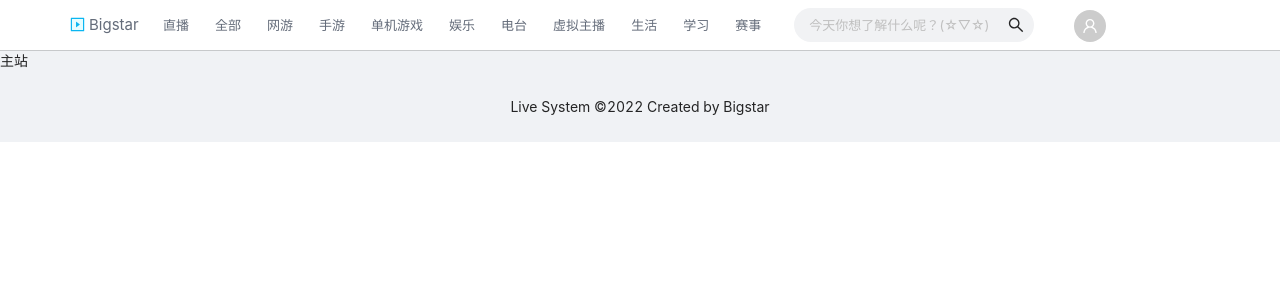
Repository: Bigstar-hyx/webrtc-react
Page: /
These files come from the project's save history. The page is drawn as it stood at one moment and after the next save; the edit follows.
The browser window is 1280 px wide. The pictures show the whole page.
The project was rebuilt for these pictures with package versions that can differ from the ones it lists, and the page was loaded fresh each time. Also part of the build but not shown: craco.config.js, webpack.config.js, src/pages/live/Index.css, src/pages/live/component/Content/Video/video.css, src/pages/live/component/Content/Video/Video.js, src/pages/live/component/Content/Comments/comments.css, src/pages/live/component/Content/Comments/TalkSend.js, src/pages/live/component/Content/Comments/Talk.js and 6 more.

Above is the page before, as saved 2022-01-30 18:41:51.

### src/index.js
import * as React from 'react'
import * as ReactDOM from 'react-dom'
import { BrowserRouter } from 'react-router-dom'
import App from './App.js'

ReactDOM.render(
  <BrowserRouter>
    <App />
  </BrowserRouter>,
  document.getElementById('root')
)

### src/App.js
import * as React from 'react'
import { Routes, Route } from 'react-router-dom'

import LiveIndex from './pages/live/Index'
import HomeIndex from './pages/home/Index'
import ViewerIndex from './pages/viewer/Index'
import TopIndex from './top/Index'

import { Layout } from 'antd'

const { Header, Footer, Content } = Layout

function App() {
  return (
    <>
      <Layout>
        <Header>
          <TopIndex />
        </Header>
        <Content>
          <Routes>
            <Route path="/" element={<HomeIndex />} />
            <Route path="live" element={<LiveIndex />} />
            <Route path="viewer" element={<ViewerIndex />} />
          </Routes>
        </Content>
        <Footer style={{ textAlign: 'center' }}>Live System ©2022 Created by Bigstar</Footer>
      </Layout>
    </>
  )
}

export default App

### src/pages/home/Index.js
import React, { Component } from 'react'

export class HomeIndex extends Component {
  render() {
    return <div>主站</div>
  }
}

export default HomeIndex

### src/top/Index.js
import { Avatar } from 'antd'
import { PlaySquareTwoTone, UserOutlined } from '@ant-design/icons'

import TopMenu from './component/TopMenu'
import TopSearch from './component/TopSearch'

import './index.css'

function TopIndex() {
  return (
    <>
      <div className="logo">
        <PlaySquareTwoTone twoToneColor="#0BB6F1" />
        &nbsp;Bigstar
      </div>
      <TopMenu />
      <TopSearch />
      <div className="avatar">
        <Avatar size={32} icon={<UserOutlined />} />
      </div>
    </>
  )
}

export default TopIndex

### src/top/component/TopMenu.js
import './top-menu.css'

function TopMenu() {
  return (
    <div>
      <ul>
        <li>
          <a href="">直播</a>
        </li>
        <li>
          <a href="">全部</a>
        </li>
        <li>
          <a href="">网游</a>
        </li>
        <li>
          <a href="">手游</a>
        </li>
        <li>
          <a href="">单机游戏</a>
        </li>
        <li>
          <a href="">娱乐</a>
        </li>
        <li>
          <a href="">电台</a>
        </li>
        <li>
          <a href="">虚拟主播</a>
        </li>
        <li>
          <a href="">生活</a>
        </li>
        <li>
          <a href="">学习</a>
        </li>
        <li>
          <a href="">赛事</a>
        </li>
      </ul>
    </div>
  )
}

export default TopMenu

### src/top/component/TopSearch.js
import { Input } from 'antd'
import { SearchOutlined } from '@ant-design/icons'

import './top-search.css'

function TopSearch() {
  return (
    <div>
      <Input className="search" size="large" placeholder="今天你想了解什么呢？(☆▽☆)" suffix={<SearchOutlined />} />
    </div>
  )
}

export default TopSearch

### src/top/index.css
.ant-layout-header {
  height: 50px;
  padding: 0 50px;
  box-shadow: 0px 0px 1px #000;
  color: rgba(0, 0, 0, 0.85);
  line-height: 50px;
  background: #fff;
}
.logo {
  float: left;
  padding: 0px 0px 0px 20px;
  width: 100px;
  color: #646c7a;
  font-size: 15px;
}
.avatar {
  float: left;
  margin: 0 30px;
  width: 32px;
  height: 32px;
}

### src/pages/live/component/Content/Comments/Comments.js
import React, { useState } from 'react'
import { Card } from 'antd'
import './comments.css'
import Talk from './Talk'
import SList from './SList'

const tabListNoTitle = [
  {
    key: 'talk',
    tab: '讨论区'
  },
  {
    key: 'slist',
    tab: '学员列表'
  }
]

const contentListNoTitle = {
  talk: <Talk />,
  slist: <SList />
}

function Comments() {
  const [activeTabKey2, setActiveTabKey2] = useState('talk')

  const onTab2Change = key => {
    setActiveTabKey2(key)
  }
  return (
    <div className="comments-box">
      <Card
        className="card"
        tabList={tabListNoTitle}
        activeTabKey={activeTabKey2}
        onTabChange={key => {
          onTab2Change(key)
        }}
      >
        {contentListNoTitle[activeTabKey2]}
      </Card>
    </div>
  )
}

export default Comments

### src/top/component/top-menu.css
ul {
  margin: auto;
}
ul li a {
  float: left;
  color: #646c7a;
  font-size: 13px;
}

li {
  list-style: none;
}

li a {
  margin: 0 5px;
  padding: 0 8px;
}

a {
  /* text-decoration: none; */
}

### src/top/component/top-search.css
.search {
  float: left;
  margin: 8px 10px 8px 20px;
  padding: 0px 10px 0px 15px;
  border: none;
  border-radius: 20px;
  background: #f1f2f4;
  width: 240px;
  height: 34px;
}

.ant-input-affix-wrapper > input.ant-input {
  background: #f1f2f4;
  font-size: 13px;
}

### src/pages/live/component/Content/Comments/TalkList.js
import React from 'react'
import { Comment, Tooltip, List } from 'antd'
import moment from 'moment'

const data = [
  {
    author: '学员1',
    avatar: 'https://joeschmoe.io/api/v1/random',
    content: <p>老师真好看</p>
  },
  {
    author: '学员2',
    avatar: 'https://joeschmoe.io/api/v1/random',
    content: <p>讲得真好！</p>
  }
]

function TalkList() {
  return (
    <div>
      <List
        className="comment-list"
        itemLayout="horizontal"
        dataSource={data}
        renderItem={item => (
          <li>
            <Comment actions={item.actions} author={item.author} avatar={item.avatar} content={item.content} datetime={item.datetime} />
          </li>
        )}
      />
    </div>
  )
}

export default TalkList

### src/pages/live/component/Content/Comments/talk.css
* {
  margin: 0;
  padding: 0;
}
.talk-list {
  width: 100%;
  height: 480px;
}
.talk-send {
  width: 100%;
  height: 40px;
}

### src/top/component/TopStart.js
import { Button } from 'antd'
import { PlaySquareOutlined } from '@ant-design/icons'
import './top-start.css'

function TopStart() {
  return (
    <div>
      <ul>
        <li>
          <a href="">动态</a>
        </li>
        <li>
          <a href="">签到</a>
        </li>
      </ul>
      <Button type="primary">
        <PlaySquareOutlined />
        我要开播
      </Button>
    </div>
  )
}

export default TopStart

Loaded but not shown: public/index.html (common file)

After the next save:
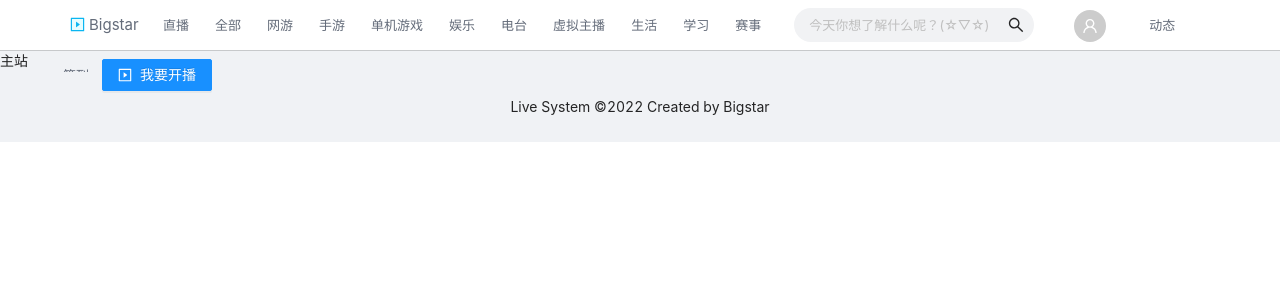
Saved 40 s later.
--- a/src/top/Index.js
+++ b/src/top/Index.js
@@ -3,6 +3,7 @@ import { PlaySquareTwoTone, UserOutlined } from '@ant-design/icons'
 
 import TopMenu from './component/TopMenu'
 import TopSearch from './component/TopSearch'
+import TopStart from './component/TopStart'
 
 import './index.css'
 
@@ -18,6 +19,7 @@ function TopIndex() {
       <div className="avatar">
         <Avatar size={32} icon={<UserOutlined />} />
       </div>
+      <TopStart />
     </>
   )
 }
